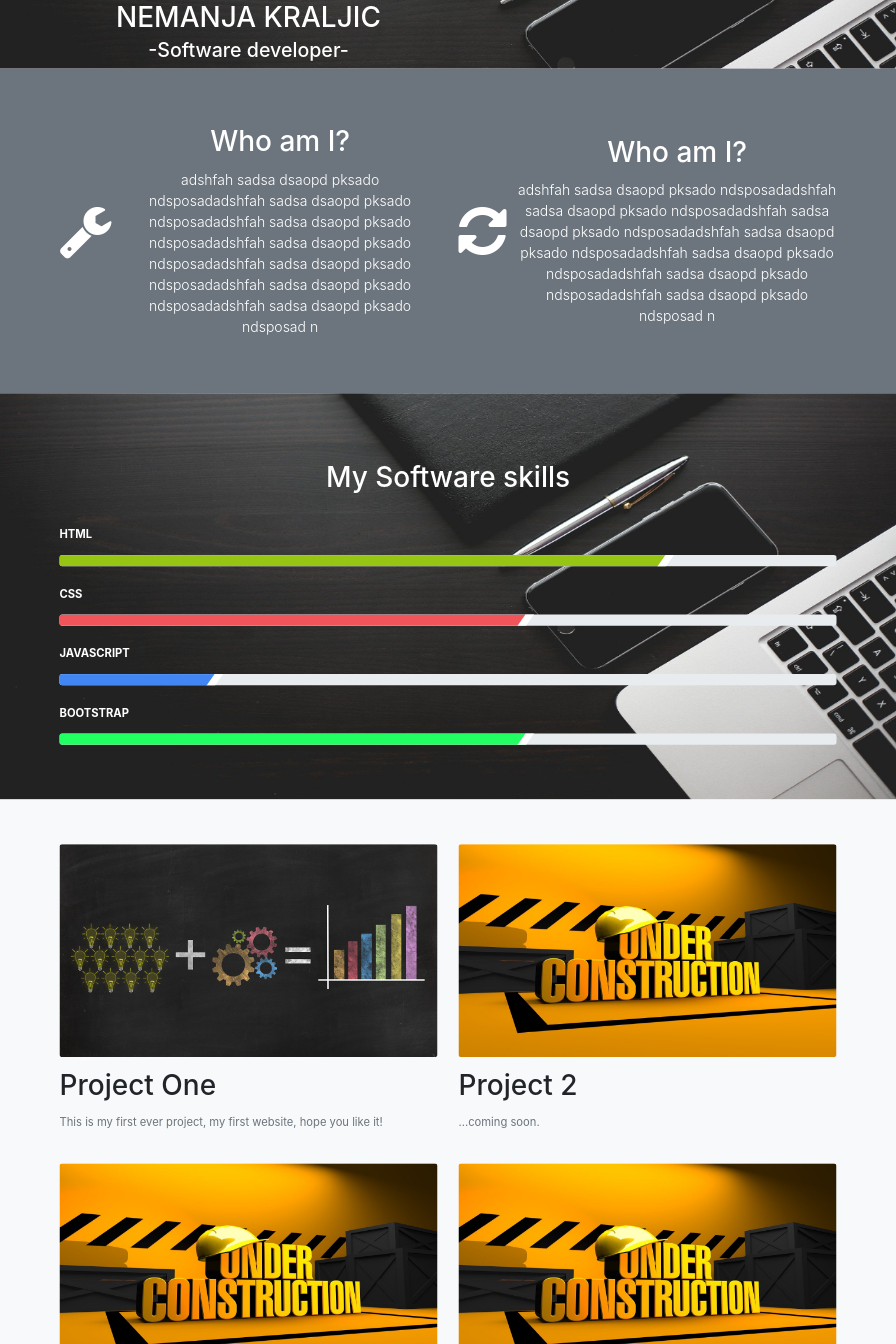
Repository: Kraljiccar/User-Centric-Frontend-Development-Milestone-Project
Page: index.html
The author's editor kept a record of every edit. The page is drawn from the files as they stood at one moment, then again after the next edit.
The browser window is 1280 px wide. The pictures show the part of the page from y = 0 to 1920 px (the page is 2762 px tall before and 2818 px after), at 70% of full size.
Backgrounds fixed to the window are drawn as part of the page.

Above is the page before.

### index.html
<!DOCTYPE html>
<html lang="en-US">

<head>
    <meta charset="UTF-8">
    <meta name="viewport" content="width=device-width, initial-scale=1.0">
    <meta http-equiv="X-UA-Compatible" content="ie=edge">
    <link rel="stylesheet" href="./assets/css/style.css" type="text/css" />
    <link rel="stylesheet" href="https://stackpath.bootstrapcdn.com/bootstrap/4.3.1/css/bootstrap.min.css" integrity="sha384-ggOyR0iXCbMQv3Xipma34MD+dH/1fQ784/j6cY/iJTQUOhcWr7x9JvoRxT2MZw1T" crossorigin="anonymous">
    <link rel="stylesheet" href="https://stackpath.bootstrapcdn.com/font-awesome/4.7.0/css/font-awesome.min.css" type="text/css" />

    <title>Nemanja Kraljic</title>
</head>

<body data-spy="scroll" data-target="#navbarResponsive">
    <section id="banner">
        <div class="container">
            <div class="row max-viewport align-items-center text-center">
                <div class="col-md-6 ">
                    <h1 class="text-white text-uppercase">Nemanja Kraljic</h1>
                    <h3 class="text-white">-Software developer-</h2>
                </div>
            </div>
        </div>
    </section>
    <!-----about me----->
    <section id="about-me" class="py-5 bg-secondary">
        <div class="container">
            <div class="row align-items-center text-center text-white">
                <div class="col-sm-12 col-md-6 col-lg-4text-white my-3 d-flex">
                    <i class="fa fa-wrench fa-5x mr-3 align-self-center"></i>
                    <div class="inner-text">
                        <h1 class="my-3">Who am I?</h1>
                        <p class="lead">adshfah sadsa dsaopd pksado ndsposadadshfah sadsa dsaopd pksado ndsposadadshfah sadsa dsaopd pksado ndsposadadshfah sadsa dsaopd pksado ndsposadadshfah sadsa dsaopd pksado ndsposadadshfah sadsa dsaopd pksado ndsposadadshfah sadsa
                            dsaopd pksado ndsposad n</p>

                    </div>
                </div>
                <div class="col-sm-12 col-md-6 col-lg-4text-white my-3 d-flex">
                    <i class="fa fa-refresh fa-5x mr-3 align-self-center"></i>
                    <div class="inner-text">
                        <h1 class="my-3">Who am I?</h1>
                        <p class="lead">adshfah sadsa dsaopd pksado ndsposadadshfah sadsa dsaopd pksado ndsposadadshfah sadsa dsaopd pksado ndsposadadshfah sadsa dsaopd pksado ndsposadadshfah sadsa dsaopd pksado ndsposadadshfah sadsa dsaopd pksado ndsposadadshfah sadsa
                            dsaopd pksado ndsposad n</p>

                    </div>
                </div>

            </div>
        </div>

    </section>
    <!-----skills---->
    <section id="skills" class="p-5">
        <div class="naslov">
            <h1 class="mb-5 mt-5"> My Software skills</h1>
        </div>
        <div class="container">
            <div class="row">
                <div class="col-md-12">
                    <h3 class="progress-title">HTML</h3>
                    <div class="progress">
                        <div class="progress-bar" style="width:78%; background:#97c513;">
                            <div class="progress-value">65%</div>
                        </div>
                    </div>
                    <h3 class="progress-title">CSS</h3>
                    <div class="progress">
                        <div class="progress-bar" style="width:60%; background:#f2545b;">
                            <div class="progress-value">100%</div>
                        </div>
                    </div>
                    <h3 class="progress-title">JAVASCRIPT</h3>
                    <div class="progress">
                        <div class="progress-bar" style="width:20%; background:#4286f4;">
                            <div class="progress-value">75%</div>
                        </div>
                    </div>
                    <h3 class="progress-title">BOOTSTRAP</h3>
                    <div class="progress">
                        <div class="progress-bar" style="width:60%; background:#21ff63;">
                            <div class="progress-value">30%</div>
                        </div>
                    </div>
                </div>
            </div>
        </div>
    </section>

    <section id="projects" class="p-5 bg-light">
        <div class="container">
            <div class="row">
                <div class="col-sm-6 my-3">
                    <img src="assets/images/success.jpg" alt="#" class="img-fluid rounded" alt="picture">
                    <h1 class="my-3">Project One</h1>
                    <p class="text-muted">This is my first ever project, my first website, hope you like it!</p>
                </div>
                <div class="col-sm-6 my-3">
                    <img src="assets/images/under-construction.jpg" alt="#" class="img-fluid rounded" alt="picture">
                    <h1 class="my-3">Project 2</h1>
                    <p class="text-muted">...coming soon.</p>
                </div>
                <div class="col-sm-6 my-3">
                    <img src="assets/images/under-construction.jpg" alt="#" class="img-fluid rounded" alt="picture">
                    <h1 class="my-3">Project #</h1>
                    <p class="text-muted">...coming soon.</p>
                </div>
                <div class="col-sm-6 my-3">
                    <img src="assets/images/under-construction.jpg" alt="#" class="img-fluid rounded" alt="picture">
                    <h1 class="my-3">Project 4</h1>
                    <p class="text-muted">...coming soon.</p>
                </div>


            </div>
        </div>
    </section>
    <section id="contact">
        <div class="container">
            <div class="row justify justify-content-center">
                <div class="col-11 col-md-8 col-lg-6 col-xl-5">
                    <form class="">
                        <div class="card bg-transparent">
                            <div class="row mt-0">
                                <div class="col-md-12 ">
                                    <h4 class="">Contact Me</h4>
                                    <p>Feel free to contact me if you have any projects or job for me.</p>
                                </div>
                            </div>
                            <div class="form-group row mb-3">
                                <div class="col-md-12 mb-0">
                                    <p class="mb-1">Email</p> <input id="e-mail" type="text" placeholder="Enter your email" name="email" class="form-control input-box rm-border">
                                </div>
                            </div>
                            <div class="form-group row">
                                <div class="col-md-12 mb-2">
                                    <p class="mb-1">Message</p> <textarea id="message" type="text" placeholder="Enter your message" name="message" class="form-control input-box rm-border"></textarea>
                                </div>
                            </div>
                            <div class="form-group row justify-content-center mb-0">
                                <div class="col-md-12 px-3"> <input type="submit" value="Submit" class="btn btn-block btn-dark rm-border"> </div>
                            </div>
                        </div>
                    </form>
                </div>
            </div>
        </div>
    </section>
    <section id="footer" class="p-2 bg-dark">
        <div class="container">
            <div class="row">
                <div class="col text-center">
                    <h4 class="text-white text-capiralize">&copy;Copyright Kraljic 2019</h4>
                </div>
            </div>
        </div>

    </section>
    <!-----Script---->
    <script src="https://code.jquery.com/jquery-3.3.1.slim.min.js" integrity="sha384-q8i/X+965DzO0rT7abK41JStQIAqVgRVzpbzo5smXKp4YfRvH+8abtTE1Pi6jizo" crossorigin="anonymous"></script>
    <script src="https://cdnjs.cloudflare.com/ajax/libs/popper.js/1.14.7/umd/popper.min.js" integrity="sha384-UO2eT0CpHqdSJQ6hJty5KVphtPhzWj9WO1clHTMGa3JDZwrnQq4sF86dIHNDz0W1" crossorigin="anonymous"></script>
    <script src="https://stackpath.bootstrapcdn.com/bootstrap/4.3.1/js/bootstrap.min.js" integrity="sha384-JjSmVgyd0p3pXB1rRibZUAYoIIy6OrQ6VrjIEaFf/nJGzIxFDsf4x0xIM+B07jRM" crossorigin="anonymous"></script>
</body>

</html>

### assets/css/style.css
@import url('https://fonts.googleapis.com/css?family=Roboto:400,700&display=swap');

body {
  font-family: 'Roboto', sans-serif;
}




#banner,
#skills {
  background: url("../images/office.jpg"), linear-gradient(rgba(179, 179, 179, 1), rgba(247, 247, 247, 1));
  background-attachment: fixed;
  background-position: center center;
  background-repeat: no-repeat;
  background-size: cover;
}

.naslov {
  color: #fff;
}

.naslov h1 {
  text-align: center
}

.progress-title {
  font-size: 16px;
  font-weight: 700;
  color: #fff;
  margin: 0 0 20px;
}

.progress {
  height: 20px;
  background: #333;
  border-radius: 0;
  box-shadow: none;
  margin-bottom: 30px;
  overflow: visible
}

.progress-value {
  font-size: 20px;
  color: #fff;
}

.progress .progress-bar {
  position: relative;
  -webkit-animation: animate-positive 2s;
  animation: animate-positive 2s
}

.progress .progress-value {
  display: block;
  font-size: 18px;
  font-weight: 500;
  color: black;
  position: absolute;
  top: -30px;
  right: -25px
}

.progress .progress-bar:after {
  content: "";
  display: inline-block;
  width: 10px;
  background: #fff;
  position: absolute;
  top: -10px;
  bottom: -10px;
  right: -5px;
  z-index: 1;
  transform: rotate(35deg)
}

.img-fluid {
  width:100%;
  height:20%;
  background-position: center;
  background-size: cover;
  background-repeat: no-repeat;

}

#contact {
  width: 100%;
  height: 70vh;

  background-image: url(../images/keyboard.jpg);
  background-position: center center;
  background-size: cover;
  background-attachment: fixed;
}
.box {
    margin: auto
}

.card {
    padding: 8%;
    padding-top: 35px;
    margin-top: 60px;
    margin-bottom: 80px
}

textarea[name="message"] {
    resize: none
}

#e-mail {
    height: 45px
}

#message {
    height: 120px
}

input.input-box,
textarea.input-box {
    background-color: #fff;
    border: #616161;
    color: #BDBDBD
}

input.input-box:focus,
textarea.input-box:focus {
    background-color: #F5F5F5;
    color: #BDBDBD
}

.rm-border:focus {
    border-color: inherit;
    -webkit-box-shadow: none;
    box-shadow: none
}

form .form-control::-webkit-input-placeholder {
    color: #9E9E9E
}

::-moz-placeholder {
    color: #9E9E9E !important
}

After the next edit:
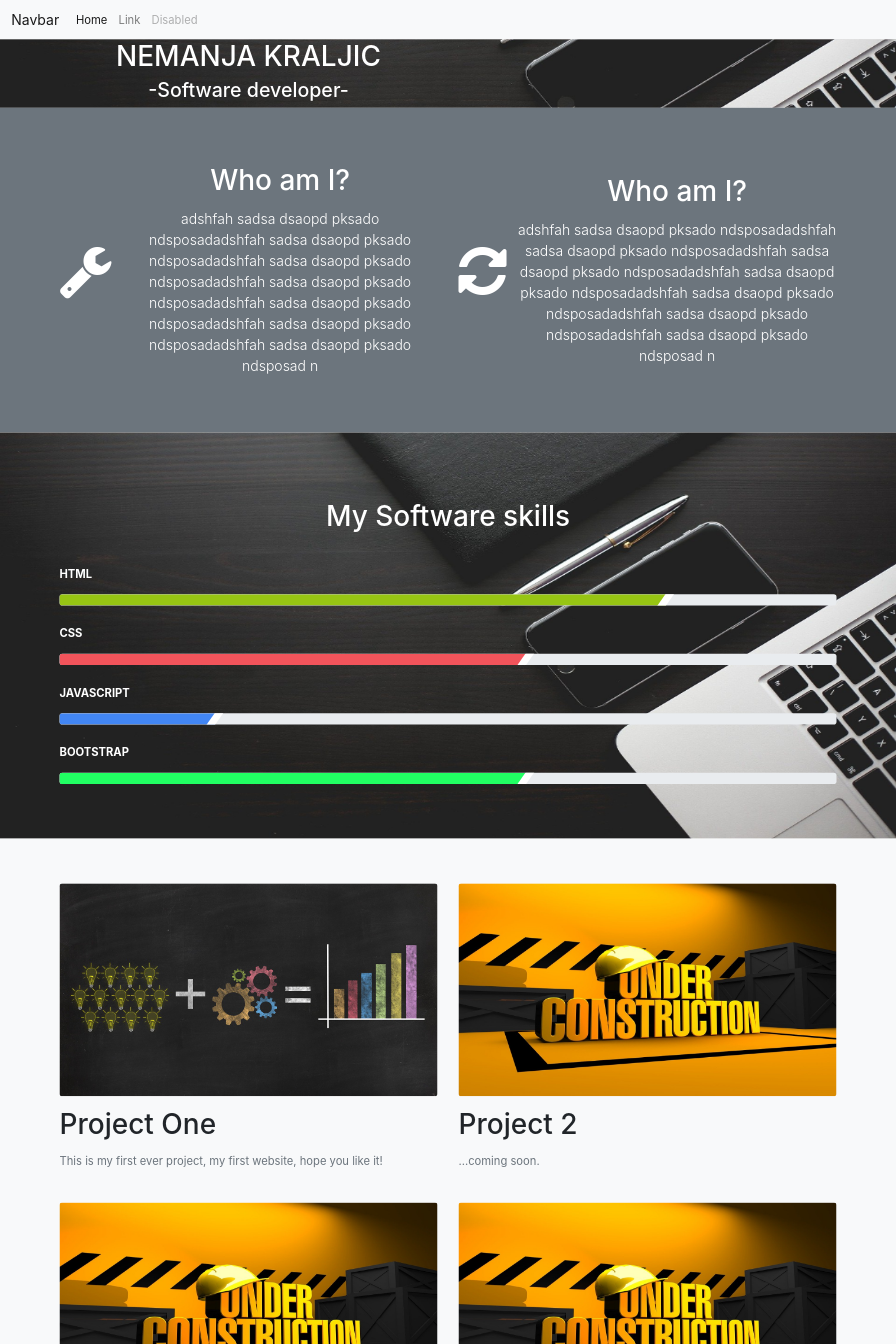
The edit:
--- a/index.html
+++ b/index.html
@@ -13,6 +13,27 @@
 </head>
 
 <body data-spy="scroll" data-target="#navbarResponsive">
+    <nav class="navbar navbar-expand-lg navbar-light bg-light">
+  <button class="navbar-toggler" type="button" data-toggle="collapse" data-target="#navbarTogglerDemo03" aria-controls="navbarTogglerDemo03" aria-expanded="false" aria-label="Toggle navigation">
+    <span class="navbar-toggler-icon"></span>
+  </button>
+  <a class="navbar-brand" href="#">Navbar</a>
+
+  <div class="collapse navbar-collapse" id="navbarTogglerDemo03">
+    <ul class="navbar-nav mr-auto mt-2 mt-lg-0">
+      <li class="nav-item active">
+        <a class="nav-link" href="#">Home <span class="sr-only">(current)</span></a>
+      </li>
+      <li class="nav-item">
+        <a class="nav-link" href="#">Link</a>
+      </li>
+      <li class="nav-item">
+        <a class="nav-link disabled" href="#" tabindex="-1" aria-disabled="true">Disabled</a>
+      </li>
+    </ul>
+
+  </div>
+</nav>
     <section id="banner">
         <div class="container">
             <div class="row max-viewport align-items-center text-center">
